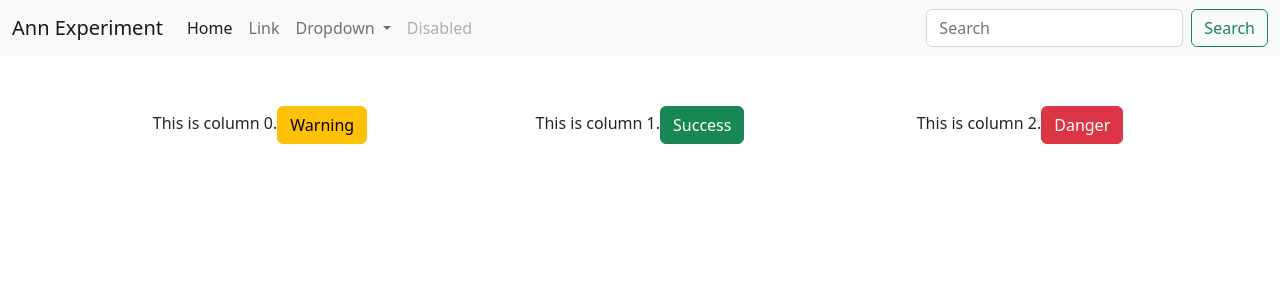
Repository: annferracane/phase-0-personal-website
Page: index.html
The author's editor kept a copy of each file at every save. The page is drawn from the files as they stood at one save, then again after the next save.
The browser window is 1280 px wide. The pictures show the whole page.

Above is the page before, as saved 2022-11-13 16:47:56.

### index.html

<!DOCTYPE html>
<html lang="en">
    <head>
        <meta charset="utf-8">
        <meta name="viewport" content="width=device-width, initial-scale=1">
        <link href="https://cdn.jsdelivr.net/npm/bootstrap@5.2.2/dist/css/bootstrap.min.css" rel="stylesheet" integrity="sha384-Zenh87qX5JnK2Jl0vWa8Ck2rdkQ2Bzep5IDxbcnCeuOxjzrPF/et3URy9Bv1WTRi" crossorigin="anonymous">
        <link rel="stylesheet" href="./style.css" />
        <title>Ann Experiment</title>
    </head>
    <body>
        <nav class="navbar navbar-expand-lg bg-light">
            <div class="container-fluid">
              <a class="navbar-brand mb-0 h1" href="#">Ann Experiment</a>
              <button class="navbar-toggler" type="button" data-bs-toggle="collapse" data-bs-target="#navbarSupportedContent" aria-controls="navbarSupportedContent" aria-expanded="false" aria-label="Toggle navigation">
                <span class="navbar-toggler-icon"></span>
              </button>
              <div class="collapse navbar-collapse" id="navbarSupportedContent">
                <ul class="navbar-nav me-auto mb-2 mb-lg-0">
                  <li class="nav-item">
                    <a class="nav-link active" aria-current="page" href="#">Home</a>
                  </li>
                  <li class="nav-item">
                    <a class="nav-link" href="#">Link</a>
                  </li>
                  <li class="nav-item dropdown">
                    <a class="nav-link dropdown-toggle" href="#" role="button" data-bs-toggle="dropdown" aria-expanded="false">
                      Dropdown
                    </a>
                    <ul class="dropdown-menu">
                      <li><a class="dropdown-item" href="#">Action</a></li>
                      <li><a class="dropdown-item" href="#">Another action</a></li>
                      <li><hr class="dropdown-divider"></li>
                      <li><a class="dropdown-item" href="#">Something else here</a></li>
                    </ul>
                  </li>
                  <li class="nav-item">
                    <a class="nav-link disabled">Disabled</a>
                  </li>
                </ul>
                <form class="d-flex" role="search">
                  <input class="form-control me-2" type="search" placeholder="Search" aria-label="Search">
                  <button class="btn btn-outline-success" type="submit">Search</button>
                </form>
              </div>
            </div>
          </nav>
          <script src="script.js"></script>
        <!--<h1>Hello World!</h1>-->

    </body>
</html>

### style.css
div.col {
    padding-top: 50px;
  }

### script.js
const divContainer = document.createElement("div");
divContainer.id = "main-div-container";
divContainer.className = "container text-center";
document.querySelector("body").appendChild(divContainer);

const divRow = document.createElement("div");
divRow.id = "main-div-row";
divRow.className = "row";
document.querySelector("#main-div-container").appendChild(divRow);

for (i = 0; i < 3; i++){
    // create column div, add class, id, and text content
    const div = document.createElement("div");
    div.className = "col";
    div.id = `main-div-col-${i}`;
    div.textContent = `This is column ${i}.`

    // create button, add button className depending on i value
    const button = document.createElement("button");

    let buttonClassName = "btn btn-success";

    if (i === 1) {
        buttonClassName = "btn btn-success";
        button.textContent = "Success";
    } else if (i === 2) {
        buttonClassName = "btn btn-danger";
        button.textContent = "Danger";
    } else {
        buttonClassName = "btn btn-warning";
        button.textContent = "Warning";
    }

    button.className = buttonClassName;


    // add div column to row
    document.querySelector("#main-div-row").appendChild(div);

    // append button to div column
    document.querySelector(`#main-div-col-${i}`).appendChild(button);
}

After the next save:
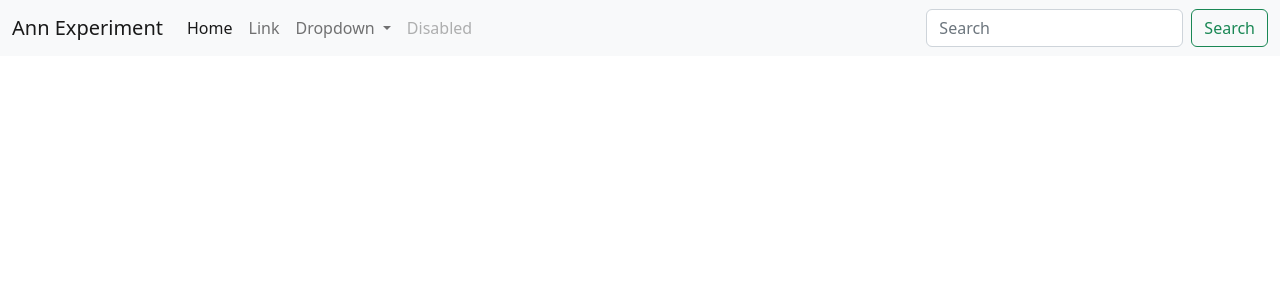
Console error: TypeError: Cannot read properties of null (reading 'appendChild')
Saved 2 min 3 s later.
--- a/script.js
+++ b/script.js
@@ -9,11 +9,15 @@
 document.querySelector("#main-div-container").appendChild(divRow);
 
 for (i = 0; i < 3; i++){
-    // create column div, add class, id, and text content
+    // create column div, add class and id
     const div = document.createElement("div");
     div.className = "col";
     div.id = `main-div-col-${i}`;
-    div.textContent = `This is column ${i}.`
+
+    // create div for text
+    const divText = document.createElement("div");
+    divText.textContent = `This is column ${i}.`
+    divText.id = `main-div-col-text-${i}`;
 
     // create button, add button className depending on i value
     const button = document.createElement("button");
@@ -37,6 +41,9 @@
     // add div column to row
     document.querySelector("#main-div-row").appendChild(div);
 
+    // append div text to div column
+    document.querySelector(`#main-div-col-text-${i}`).appendChild(button);
+
     // append button to div column
     document.querySelector(`#main-div-col-${i}`).appendChild(button);
 }

After the save that followed:
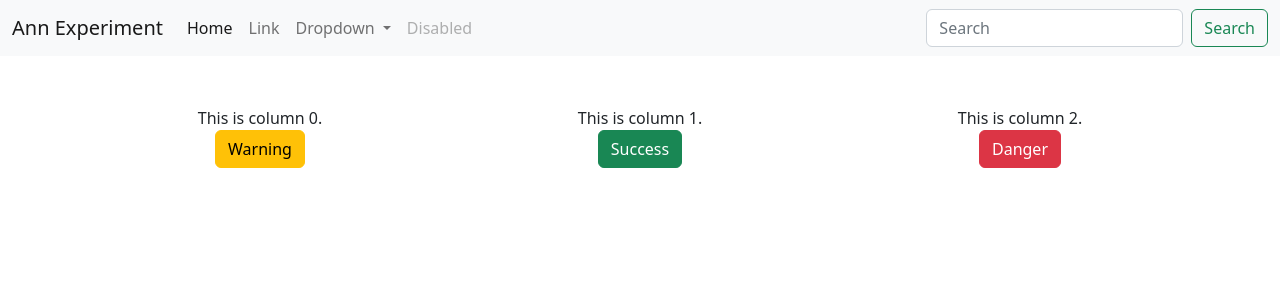
The error is gone.
Saved 27 s later.
--- a/script.js
+++ b/script.js
@@ -42,7 +42,7 @@
     document.querySelector("#main-div-row").appendChild(div);
 
     // append div text to div column
-    document.querySelector(`#main-div-col-text-${i}`).appendChild(button);
+    document.querySelector(`#main-div-col-${i}`).appendChild(divText);
 
     // append button to div column
     document.querySelector(`#main-div-col-${i}`).appendChild(button);
